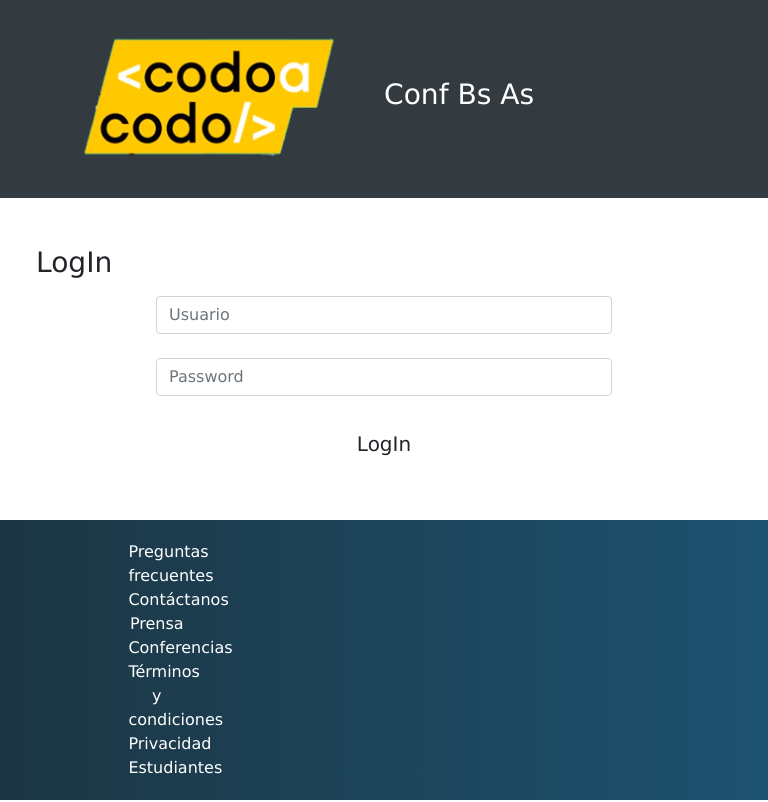
Repository: carolinaeramirez/tpntegrador_cac_23552
Page: http://localhost/integrador_cac/login.jsp
These files come from the project's save history. The page is drawn as it stood at one moment and after the next save; the edit follows.
The browser window is 768 px wide. The pictures show the whole page.
The page is served by Tomcat 9. Other server files are loaded and not shown.

Above is the page before, as saved 2023-12-15 16:58:28.

### integrador_cac/src/main/webapp/login.jsp
<%@page import="ar.com.integrador.domain.Orador"%>
<%@page import="java.util.List"%>

<!doctype html>
<html lang="es">

	<head>
	  <meta charset="utf-8">
	  <meta name="viewport" content="width=device-width, initial-scale=1">




    <link
      rel="shortcut icon"
      href="./assets/img/favicon.ico"
      type="image/x-icon"
    />
    <link
      href="https://cdn.jsdelivr.net/npm/bootstrap@5.0.2/dist/css/bootstrap.min.css"
      rel="stylesheet"
      integrity="sha384-EVSTQN3/azprG1Anm3QDgpJLIm9Nao0Yz1ztcQTwFspd3yD65VohhpuuCOmLASjC"
      crossorigin="anonymous"
    />
    <link rel="stylesheet" href="./css/estilos.css" />
	  <title>Trabajo Integrador</title>

	</head>
	<body>

		<jsp:include page="header.jsp"/>

		<main class="d-flex justify-content-center align-items-center">
		 <section class="mt-5 container" id="form-orador">
		        <div class="row justify-content-center">
		            <div class="col-lg-8 col-xl-7">
		                <h2 class="titulo-gral mb-3">LogIn</h2>

		                <form action="<%=request.getContextPath()%>/LoginAdminController" method="POST">
		                    <div class="row justify-content-center">
		                        <div class="col-8 mb-3 mb-4">
		                            <input type="text" class="form-control" name="nombre" placeholder="Usuario" aria-label="Nombre" required>

		                        </div>
		                         <div class="col-8 mb-3 mb-4">
		                           <input type="password" class="form-control" name="password" placeholder="Password" aria-label="Password" required>
		                         </div>
		                    </div>
		                    <div class="row justify-content-center">
		                        <div class="col-8 mb-3">
		                            <div class="d-grid">
		                                <button type="submit" class="btn btn-lg btn-form">LogIn</button>
		                            </div>
		                        </div>
		                    </div>
		                </form>
		            </div>
		        </div>
		    </section>

		</main>

		<jsp:include page="footer.jsp"/>

		<script src="https://cdn.jsdelivr.net/npm/bootstrap@5.1.3/dist/js/bootstrap.bundle.min.js" integrity="sha384-ka7Sk0Gln4gmtz2MlQnikT1wXgYsOg+OMhuP+IlRH9sENBO0LRn5q+8nbTov4+1p" crossorigin="anonymous"></script>

	</body>
</html>

### integrador_cac/src/main/webapp/header.jsp
 <header>
      <div class="encabezado">
        <div class="encabezado__logo">
          <a
            href="https://buenosaires.gob.ar/educacion/codo-codo-40"
            target="_blank"
          >
            <img
              class="encabezado__logo__img"
              src="assets/img/codoacodo.png"
              alt="logo de codo a codo 4.0"
              loading="lazy"
            />
          </a>
        </div>
        <div class="encabezado__titulo">
          <h2>Conf Bs As</h2>
        </div>
        <nav class="encabezado__nav">
          <ul>
            <li>
              <a class="encabezado_conferencia" href="index.jsp#conferencia"
                >La conferencia</a
              >
            </li>
            <li>
              <a class="encabezado_links" href="index.jsp#oradores">Los oradores</a>
            </li>
            <li>
              <a class="encabezado_links" href="index.jsp#lugarFecha"
                >El lugar y la fecha</a
              >
            </li>
            <li>
              <a class="encabezado_links" href="index.jsp#formularioOrador"
                >Conviertete en orador</a
              >
            </li>
            <li>
              <a class="encabezado_comprar_tickets" href="tickets.jsp"
                >Comprar tickets</a
              >
            </li>
            <li>
              <a class="encabezado_links" href="login.jsp"
                >Login</a
              >
            </li>
          </ul>
        </nav>
        <div class="encabezado__hamburguesa">
          <i class="fas fa-bars" id="hamburguesa"></i>
        </div>
      </div>
    </header>

### integrador_cac/src/main/webapp/footer.jsp
<footer class="footer_contenedor">
      <a class="anclas_footer" href="">Preguntas frecuentes</a>
      <a class="anclas_footer" href="">Contáctanos</a>
      <a class="anclas_footer" href="">Prensa</a>
      <a class="anclas_footer" href="">Conferencias</a>
      <a class="anclas_footer" href="">Términos y condiciones</a>
      <a class="anclas_footer" href="">Privacidad</a>
      <a class="anclas_footer" href="">Estudiantes</a>
    </footer>

### integrador_cac/src/main/webapp/css/estilos.css
* {
  margin: 0;
  padding: 0;
  box-sizing: border-box;
  font-family: "Lucida Sans", "Lucida Sans Regular", "Lucida Grande",
    "Lucida Sans Unicode", Geneva, Verdana, sans-serif;
}

/* Encabezado */.encabezado {
  width: 100%;
  padding-left: 5%;
  padding-right: 5%;
  height: 15%;
  background-color: rgb(51, 58, 64);
  display: flex;
  align-items: center;
  justify-content: flex-start;
  flex-direction: row;

  /* Responsive */
  @media (max-width: 768px) {
    flex-direction: row;
    align-items:center;
    justify-content: space-between;
  }
}

.encabezado__logo {
  margin-left: 2%;
  width: 10%;

  /* Responsive */
  @media (max-width: 768px) {
    margin-left: 0;
    width: 100%;
  }
}

.encabezado__logo__img {
  width: 100%;
}

.encabezado__titulo {
  width: 15%;
  color: white;
  font-size: 1rem;

  /* Responsive */
}
@media (max-width: 768px) {
  .encabezado__titulo {
    margin-left: 0;
    width: 100%;
  }
}
.encabezado__nav {
  margin-right: 5%;
  width: 75%;
  display: flex;
  align-items: flex-end;
  justify-content: flex-end;
  flex-direction: row;
  position: relative;

  /* Responsive */
}
.encabezado__hamburguesa {
  color: white;
  position: absolute;
  right: 20px;
  top: 10px;
}
@media (max-width: 768px) {
  .encabezado__nav {
    display: none;
  }

  .encabezado__hamburguesa {
    display: block;
  }
}
.encabezado__nav ul {
  display: flex;
  align-items: flex-end;
  justify-content: space-evenly;
  flex-direction: row;
  flex-wrap: wrap;
  list-style: none;
}

.encabezado__nav ul li a {
  margin-left: 30px;
  text-decoration: none;
  font-size: 1rem;
}

.encabezado_conferencia {
  color: white;
}

.encabezado_links {
  color: rgb(151, 151, 161);
}

.encabezado_comprar_tickets {
  color: rgb(42, 168, 69);
}

/* conferencia Bs As */
.section_conferencia {
  width: 100%;
  background-image: linear-gradient(rgba(0, 0, 0, 0.5), rgba(0, 0, 0, 0.4)),
    url("../assets/img/palaciodelasaguas.jpg");
  background-size: cover;
  background-position: center;
  background-repeat: no-repeat;
  display: flex;
  flex-direction: column;
  align-content: flex-end;
  justify-content: flex-end;
  text-align: right;
  color: white;
  padding-right: 5%;
  padding-bottom: 10%;
  padding-top: 10%;

  /* Responsive */
}
@media (max-width: 768px) {
  .section_conferencia {
    padding-left: 0;
    padding-right: 0;
    text-align: center;
    flex-wrap: wrap;
  }
}
.section_conferencia h1 {
  font-size: 2rem;
  font-weight: 500;
  margin: 0;
  padding: 0;

  /* Responsive */
}
@media (max-width: 768px) {
  .section_conferencia h1 {
    font-size: 24px;
  }
}
.section_conferencia p {
  font-size: 1rem;
  font-weight: 400;
  margin-left: 50%;
  padding: 0;

  /* Responsive */
  @media (max-width: 768px) {
    font-size: 14px;
  }
}

.section_conferencia_button {
  font-size: 1.5rem;
  display: flex;
  justify-content: flex-end;
  padding-top: 20px;

  /* Responsive */
  @media (max-width: 768px) {
    display: flex;
    flex-direction: column;
    justify-content: center;
  }
}

.comprar_tickets {
  text-decoration: none;
  border-radius: 8%;
  border: none;
  background-color: rgb(39, 168, 68);
  color: white;
  padding: 1%;
  margin-left: 10px;
  font-size: 1rem;

  /* Responsive */
  @media (max-width: 768px) {
    margin: 0 auto;
  }
}

.quiero_ser_orador {
  text-decoration: none;
  border-radius: 8%;
  border: solid 1px white;
  color: white;
  padding: 1%;
  font-size: 1rem;

  /* Responsive */
  @media (max-width: 768px) {
    margin: 0 auto;
  }
}

/* LOS ORADORES */
.oradores {
  width: 80%;
  margin: 2% auto;
  text-align: center;
  padding-top: 5px;

  @media (max-width: 780px) {
    margin: 0;
    padding: 0;
    width: 100%;
    flex-direction: column;
  }
}
.contenedor-tarjetas {
  padding: 1%;
  display: flex;
  justify-content: space-between;
  /* Responsive */
}
@media (max-width: 780px) {
  .contenedor-tarjetas {
    margin: 0;
    padding: 0;
    width: 100%;
    flex-direction: column;
    flex-wrap: wrap;
  }
}
@media (max-width: 780px) {
  .card {
    flex-direction: column;
    width: 100%;
  }
}

.temas {
  display: flex;
  flex-direction: row;
  align-items: start;
  justify-content: start;
}
.colorCeleste {
  margin-left: 10px;
  padding: 2px;
  font-size: 1rem;
  background-color: rgb(0, 200, 255);
  color: white;
  border: 1px solid rgb(0, 200, 255);
  border-radius: 5px;
}
.colorAmarillo {
  font-size: 1rem;
  background-color: rgb(255, 255, 0);
  color: black;
  padding: 2px;
  border: 1px solid rgb(255, 255, 0);
  border-radius: 5px;
}
.colorGris {
  padding: 2px;
  font-size: 1rem;
  background-color: rgb(106, 106, 106);
  color: white;
  border: 1px solid rgb(106, 106, 106);
  border-radius: 5px;
}
.colorRojo {
  padding: 2px;
  margin-left: 10px;
  font-size: 1rem;
  background-color: rgb(171, 2, 2);
  color: white;
  border: 1px solid rgb(171, 2, 2);
  border-radius: 5px;
  text-align: left;
}
.card-title {
  text-align: left;
  font-weight: bold;
}
.card-text {
  text-align: justify;
}
/* honolulu section. */

.lugar_fecha {
  width: 100%;
  height: 400px;
  margin-top: 1%;
  display: flex;
  justify-content: space-between;
  flex-direction: row;
}

.lugar_fecha_imagen {
  max-width: 50%;
  overflow: hidden;
  align-items: center;
}
.lugar_fecha_imagen img {
  max-width: 100%;
  height: auto;
}

.lugar_fecha_texto {
  padding: 2%;
  width: 50%;
  background-color: rgb(53, 58, 61);
  display: flex;
  justify-content: start;
  align-content: flex-start;
  flex-wrap: wrap;
  text-align: left;
}
.lugar_fecha_texto h2 {
  color: white;
  font-size: 2rem;
}
.lugar_fecha_texto p {
  color: white;
  font-size: 1rem;
}
.lugar_fecha_conoce_mas {
  display: flex;
  flex-direction: row;
  align-items: end;
  justify-content: end;
  color: white;
  font-size: 1rem;
  border: solid 1px white;
}
@media (max-width: 780px) {
  .lugar_fecha {
    flex-direction: column;
    height: auto;
  }

  .lugar_fecha_imagen {
    max-width: 100%;
  }

  .lugar_fecha_texto {
    width: 100%;
  }
}
/* ***************************************************** */
/* Formulario oradores */

.formularioOrador {

  display: flex;
  justify-content: center;
  align-items: center;
  background-color: red;
  background-color: aqua;
  width: 100%;
  height: 100%;
  display: flex;
  justify-content: center;
  align-items: center;
  flex-direction: row;
}
.titulo-subtitulo {
  margin-top: 5%;
  display: flex;
  justify-content: center;
  align-items: center;
  flex-direction: column;
}
.titulo-subtitulo .titulo {
  color: black;
  font-size: 2rem;
}
.titulo-subtitulo .subtitulo {
  color: black;
  font-size: 1rem;
}
.titulo-subtitulo .info {
  text-align: left;
  color: black;
  font-size: 1.5rem;
  font-family: "Gill Sans", "Gill Sans MT", Calibri, "Trebuchet MS", sans-serif;
}
.formulario-row {
  background-color: aqua;
  width: 80%;
  margin-left: 15%;
}
.input-textarea {
  width: 80%;
  height: auto;
  margin-left: 15%;
}
.label-textarea {
  color: rgb(115, 110, 110);
  font-size: 1rem;
  padding: 0;
}
.input {
  width: 100%;
  margin-right: 5%;

  border: solid 1px gray;
  border-radius: 5%;
}
.input_textarea {
  width: 105%;
  height: 20vh;
  display: block;
  justify-content: center;
  align-items: center;
  margin-top: 5%;
}
.btn-enviar {
  margin-top: 1%;
  width: 100%;
  padding: 5px;
  background-color: rgb(150, 201, 62);
  border-radius: 5px;
  border: solid 1px rgb(150, 201, 62);
  font-size: 1rem;
}

/* FOOTER */
.footer_contenedor {

  display: flex;
  flex-wrap: nowrap;
  flex-direction: row;
  justify-content: space-evenly;
  align-items: center;
  text-align: center;
  margin-top: 5%;
  padding: 20px 100px 20px 100px;
  background: linear-gradient(to right, rgb(28, 54, 67), rgb(29, 82, 113));

  bottom: 0;
  width: 100%;

}
@media (max-width: 780px) {
  .footer_contenedor {
    align-items: start;
    justify-content: flex-start;
    flex-direction: column;
    height: auto;
    position: sticky;
  bottom: 0;
  width: 100%;
  }
}
.footer_contenedor ul {
  list-style: none;
  display: flex;
  flex-wrap: nowrap;
  flex-direction: row;
  justify-content: space-evenly;
  align-items: center;
}
.anclas_footer {
  width: 10%;
  text-decoration: none;
  color: white;
  font-size: 1rem;
  margin-left: 5%;
}

/* PAGE TICKETS */
.main-tickets {
  width: 100%;
  height: auto;
}
/* ****************Categorias de descuentos************ */
.categoria {
  padding: 1%;
  display: flex;
  flex-direction: row;
  justify-content: space-evenly;
  width: 60%;
  margin-left: 20%;
  margin-top: 3%;
  align-items: center;
  align-content: center;
  /* gap: 10px; */
  flex-wrap: wrap;
}

.categoria__cat {
  width: 30%;
  height: 30%;
  display: flex;
  flex-direction: column;
  justify-content: center;
  align-items: center;
  flex-wrap: 10px;
  background: #ffffff;
  text-align: center;
  padding: 25px;
  transition: transform 0.3s;
}
.categoria__cat:hover {
  transform: scale(1.1);
  box-shadow: 0 0 10px rgba(0, 0, 0, 0.5);
}

.categoria__cat__title {
  text-align: center;
  font-family: Arial, Helvetica, sans-serif;
  font-size: 1.5rem;
  font-style: normal;
  font-weight: 600;
  line-height: normal;
  line-height: 2.5;
}

.categoria__cat__texto {
  font-size: 0.8rem;
  font-style: normal;
  font-weight: 400;
  line-height: normal;
  display: flex;
  flex-direction: column;
  line-height: 2.5;
}
.categoria__cat__porcentaje {
  text-align: center;
  font-family: Arial, Helvetica, sans-serif;
  font-size: 1rem;
  font-style: normal;
  font-weight: 600;
  line-height: normal;
  line-height: 2.5;
}
@media (max-width: 780px) {
  .categoria {
    margin-left: 20%;
    padding: 0;
    width: 70%;
    height: 30%;
    display: flex;
    justify-content: center;
    align-items: center;
    flex-direction: column;
    flex-wrap: wrap;
  }
  .categoria__cat {
    width: 100%;
    margin-top: 20px;
  }
}
/* Uso el id para darles los bordes de cada color a las categorias */
#estudiante {
  border: solid 2px;
  border-color: rgb(0, 123, 255);
}

#trainee {
  border: solid 2px;
  border-color: rgb(23, 162, 184);
}
#junior {
  border: solid 2px;
  border-color: rgb(255, 193, 7);
}

/* Formulario de compra de tickets */

.form {
  width: 100%;
  display: flex;
  flex-direction: column;
  justify-content: center;
  align-items: center;
  padding: 1% 10% 0% 10%;
}

.form__encabezado {
  display: flex;
  justify-content: center;
  flex-direction: column;
  align-items: center;
  line-height: 2;
}

.form-input-center {
  padding: 5px;
  display: flex;
  flex-direction: row;
  justify-content: space-between;
  width: 70%;
}


.input-center {
  margin-bottom: 10px;
  margin-right: 5px;
  display: flex;
  flex-direction: row;
  justify-content: space-between;
  width: 100%;
  border-radius: 5px;
  border: 1px solid rgb(141, 138, 138);
  padding: 2px;
}
@media (max-width: 780px) {
  .form-input-center {
    margin-left: 0%;
    padding: 0;
    width: 100%;
    display: flex;
    justify-content: center;
    align-items: center;
    flex-direction: column;
    flex-wrap: wrap;
  }

}
#categoria {
  padding: 1px;
  margin-left: 3px;
  width: 98%;
}

.input-label {
  font-size: 0.9rem;

  width: 100%;
  display: flex;
  justify-content: space-between;
  flex-direction: column;
}

/* pago y botones  */
.total {
  /* margin-top: 20px; */
  width: 70%;
  display: flex;
  align-items: center;
  justify-content: start;
  flex-direction: row;
  padding: 5px;
}
.total_pago {
  width: 100%;
  background-color: lightblue;
  border: 1px solid rgb(204, 229, 255);
  border-radius: 5px;
  font-size: 1rem;
  display: block;
  padding: 2px;
}
.botones {
  width: 70%;
  display: flex;
  justify-content: space-between;
  flex-direction: row;
  align-items: center;
  padding: 5px;
}
.boton {
  display: flex;
  justify-content: center;
  background-color: rgb(151, 201, 62);
  width: 50%;
  text-align: center;
  font-size: 1.2rem;
  color: white;
  border: 1px solid rgb(151, 201, 62);
  border-radius: 3px;
  /* margin-left: 5px; */
}

After the next save:
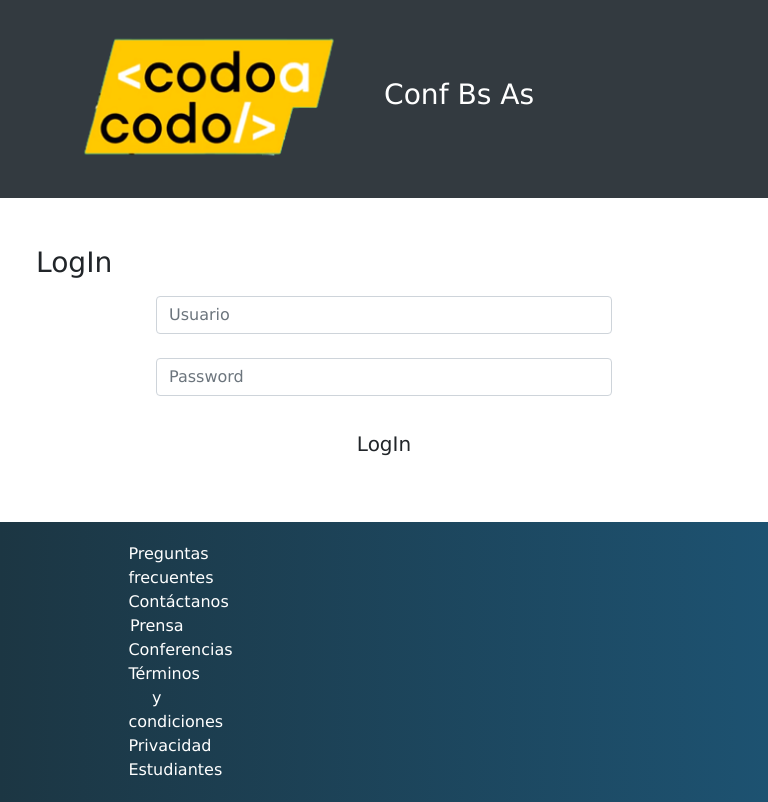
Saved 5 s later.
--- a/integrador_cac/src/main/webapp/css/estilos.css
+++ b/integrador_cac/src/main/webapp/css/estilos.css
@@ -450,7 +450,7 @@
     justify-content: flex-start;
     flex-direction: column;
     height: auto;
-    position: sticky;
+
   bottom: 0;
   width: 100%;
   }
